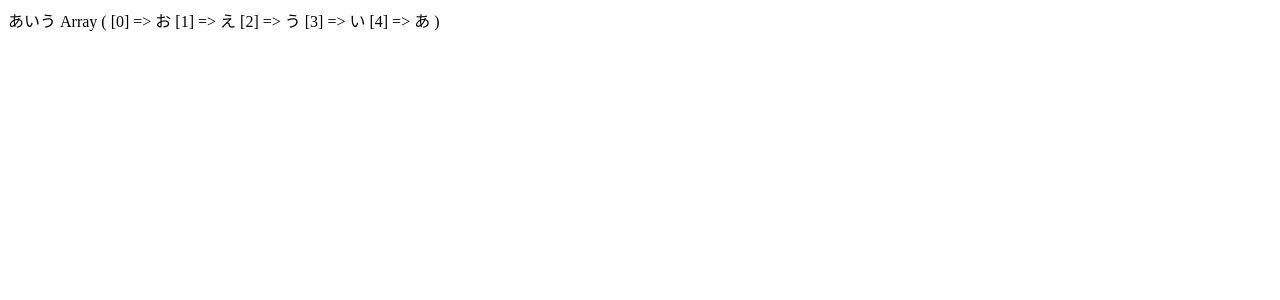
Repository: hiroaki-kitagawa/menta-php
Page: http://localhost/menta41-44.php
These files come from the project's save history. The page is drawn as it stood at one moment and after the next save; the edit follows.
The browser window is 1280 px wide. The pictures show the whole page.
The page is run by PHP 8.4 with error messages shown; the project is at /var/www/html/.

Above is the page before, as saved 2020-01-25 21:10:25.

After the next save:
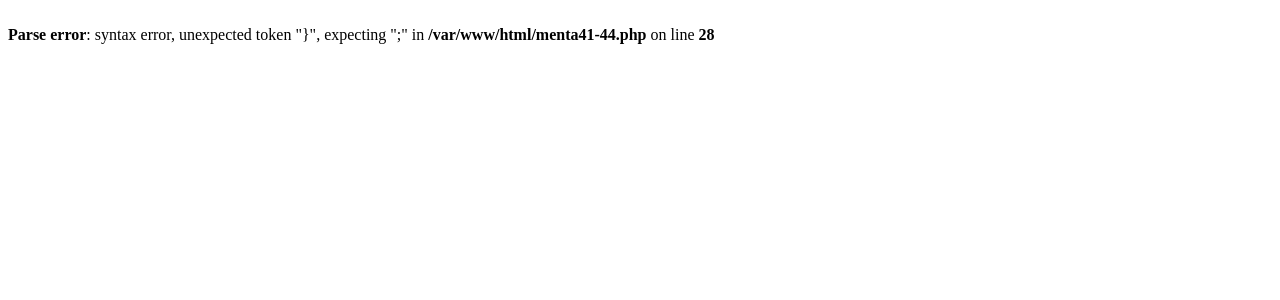
Saved 7 s later.
--- a/menta41-44.php
+++ b/menta41-44.php
@@ -23,7 +23,8 @@
 // 42の機能を関数にしてください
 
 function arraySort($array) {
-    $resutl =  rsort($array);
+    $resutl = rsort($array);
+    return $result
 }
 
 // テスト

After the 2 saves that followed:
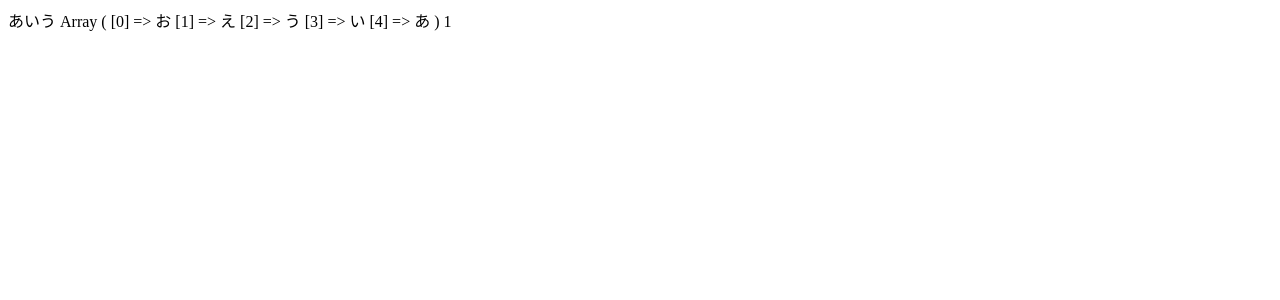
The 2 saves are shown as one change because they came seconds apart.
The last was saved 6 s later.
--- a/menta41-44.php
+++ b/menta41-44.php
@@ -23,8 +23,8 @@
 // 42の機能を関数にしてください
 
 function arraySort($array) {
-    $resutl = rsort($array);
-    return $result
+    $result = rsort($array);
+    return $result;
 }
 
 // テスト
